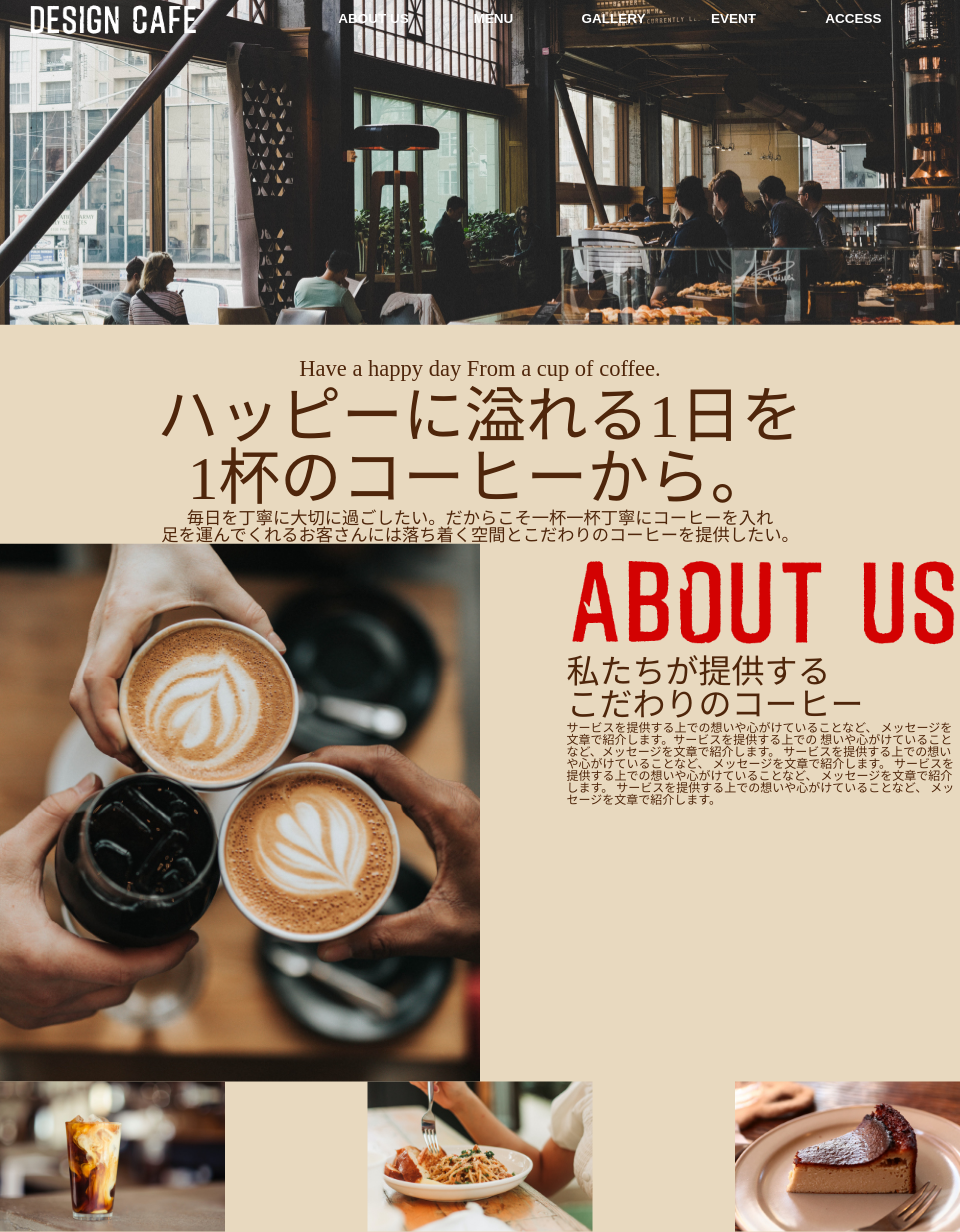
Repository: sonoyama01/dezasuta
Page: 第4回課題/index.html
The author's editor kept a copy of each file at every save. The page is drawn from the files as they stood at one save, then again after the next save.
The browser window is 1280 px wide. The pictures show the whole page, at 75% of full size.

Above is the page before, as saved 2024-05-02 03:25:42.

### 第4回課題/index.html
<!DOCTYPE html>
<html lang="ja">

<head>
    <meta charset="UTF-8">
    <meta name="viewport" content="width=device-width, initial-scale=1.0">
    <title>Desing Cafe</title>
    <link rel="stylesheet" href="./css/style.css">
</head>

<body>
    <!-- ヘッダー -->
    <header>
        <div class="header_slide">
            <div>
                <img src="./images/pc_first-100.jpg" alt="店内の様子">
            </div>
        </div>
        <div class="header_wrap">
            <h1 class="header_logo">
                <img src="./images/design_cafe_logo_header@2x.png" alt="desind cafe">
            </h1>
            <nav class="pc_nav">
                <ul>
                    <li><a href="#about_us">ABOUT US</a></li>
                    <li><a href="#">MENU</a></li>
                    <li><a href="#">GALLERY</a></li>
                    <li><a href="#">EVENT</a></li>
                    <li><a href="#">ACCESS</a></li>
                </ul>
            </nav>
        </div>
    </header>
    <div class="catch_copy">
        <p class="catch_copy_ja"><span class="en">Have a happy day From a cup of coffee.</span><br>
            ハッピーに溢れる1日を<br>
            1杯のコーヒーから。</p><!-- /.catch_copy -->
        <p>毎日を丁寧に大切に過ごしたい。だからこそ一杯一杯丁寧にコーヒーを入れ<br>
            足を運んでくれるお客さんには落ち着く空間とこだわりのコーヒーを提供したい。</p>
    </div><!-- /.catch_copy -->
    <!-- ABOUT US -->
    <section id="about_us_fx">
        <div class="about_us">
            <div class="about_us_im"><img src="./images/pc_about-100.jpg" alt=""></div>
            <div class="about_us_text">
                <img src="./images/about_us@2x.png" alt="">
                <p class="abouot_us_concept">私たちが提供する<br>
                    こだわりのコーヒー</p><!-- /.abouot_us_concept -->
                <p class="about_us_texts">
                    サービスを提供する上での想いや心がけていることなど、
                    メッセージを文章で紹介します。サービスを提供する上での
                    想いや心がけていることなど、メッセージを文章で紹介します。
                    サービスを提供する上での想いや心がけていることなど、
                    メッセージを文章で紹介します。
                    サービスを提供する上での想いや心がけていることなど、
                    メッセージを文章で紹介します。
                    サービスを提供する上での想いや心がけていることなど、
                    メッセージを文章で紹介します。
                </p><!-- /.about_us_text -->
            </div>

        </div><!-- /.about_us -->
    </section><!-- /#about_us -->

    <!-- MENU -->
    <section id="menu_fx">
        <div class="menu">
            <div class="drink">
                <img src="./images/pc_menu_drink-100.jpg" alt="drink">
            </div><!-- /.drink -->
            <div class="food">
                <img src="./images/pc_menu_food-100.jpg" alt="food">
            </div><!-- /.food -->
            <div class="sweets">
                <img src="./images/pc_menu_sweets-100.jpg" alt="sweet">
            </div><!-- /.sweets -->
        </div>
    </section><!-- /#menu_fx -->

</body>

</html>

### 第4回課題/css/style.css
@charset "utf-8";

/* cssリセット */

/*利用するタグによってこちらの内容は増やす*/

html,
body,
h1,
h2,
h3,
p,
dl,
dt,
dd,
ul,
li {
  margin: 0;
  padding: 0;
  line-height: 1;
  /*デフォルトの文字色、font-familyを予め当てておく*/
  color: #4f260b;
  font-family: "游明朝", YuMincho, "Hiragino Mincho ProN W3",
    "ヒラギノ明朝 ProN W3", "Hiragino Mincho ProN", "HG明朝E", "ＭＳ Ｐ明朝",
    "ＭＳ 明朝", serif;
}

a {
  /*下線を消す*/
  text-decoration: none;
  /*色を消す*/
  color: inherit;
  transition: 0.3s;
}

a:hover {
  opacity: 0.5;
}

ul {
  /*左の「・」を消す*/
  list-style: none;
}

img {
  max-width: 100%;
  width: 100%;
  height: auto;
  vertical-align: bottom;
  border: none;
}

body {
  background-color: #e8d9bf;
  font-size: 23px;
}

/* ヘッダー */
.pc_nav ul {
  display: flex;
  gap: 55px;
}

.pc_nav ul li {
  width: 105px;
  text-align: center;
  color: #ffffff;
  font-weight: bold;
  font-size: 18px;
  font-family: "Hiragino Sans W3", "Hiragino Kaku Gothic ProN",
    "ヒラギノ角ゴ ProN W3", "メイリオ", Meiryo, "ＭＳ Ｐゴシック", "MS PGothic",
    sans-serif;
}

.header_logo {
  width: 226px;
}

.header_wrap {
  display: flex;
  justify-content: space-between;
  align-items: center;
  padding: 0 7% 0 3%;
  position: absolute;
  top: 0;
  left: 0;
  width: 100%;
  box-sizing: border-box;
}

/* ============================
* キャッチコピー
* ========================= */
.catch_copy {
  text-align: center;
}
.en {
  font-size: 30px;
}
.catch_copy_ja {
  font-size: 82px;
}

/* ============================
* ABOUT US
* ========================= */
.about_us {
  display: flex;
  justify-content: space-between;
}
.about_us_im {
  width: 50%;
}
.abouot_us_concept {
  font-size: 44px;
}
.about_us_text {
  width: 41%;
}
.about_us_texts {
  font-size: 16px;
}

/* ============================
* MENU
* ========================= */
.menu_im {
  width: 15%;
  margin: 0 auto;
}
.menu {
  display: flex;
  justify-content: space-between;
}

After the next save:
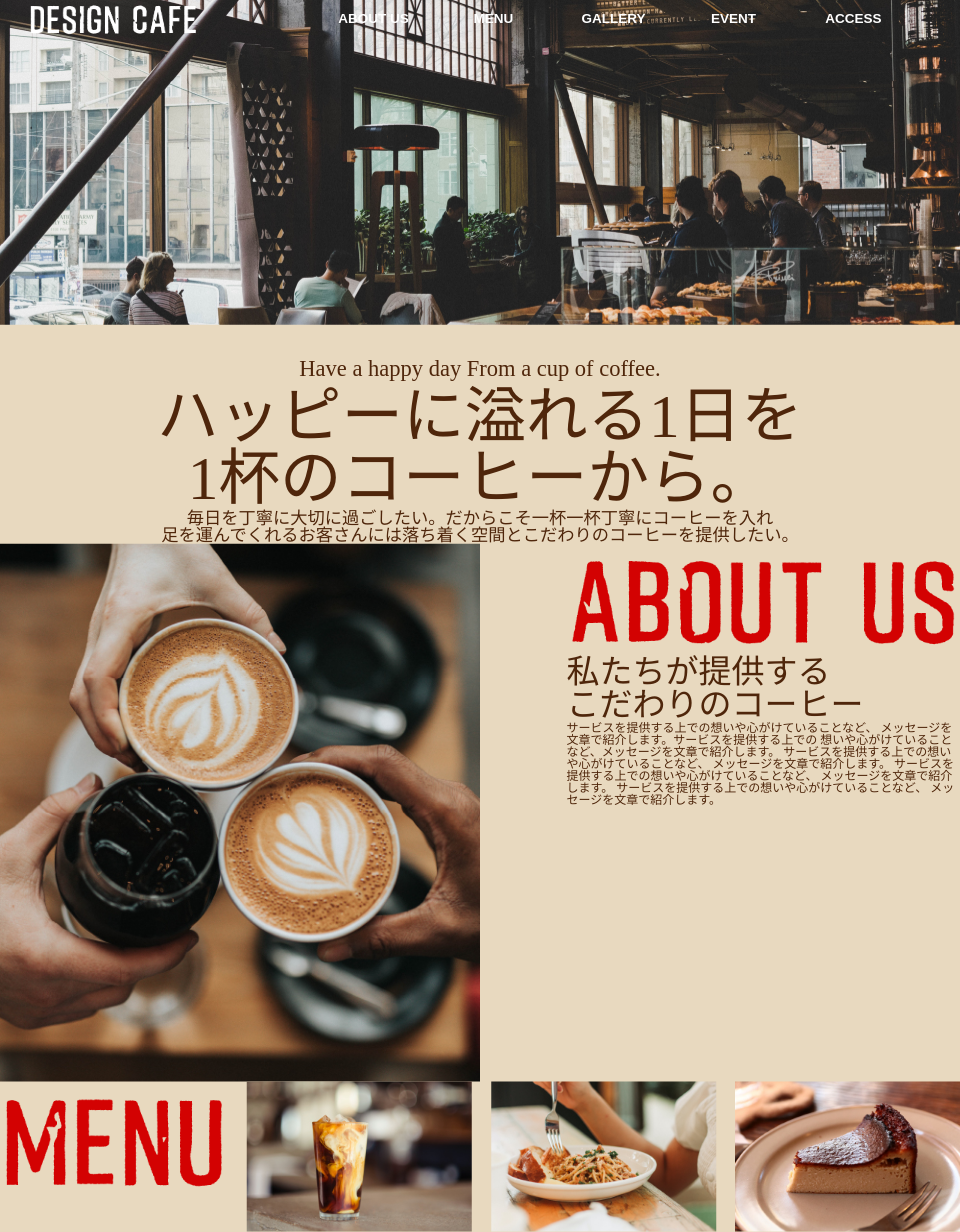
Saved 104 s later.
--- a/第4回課題/index.html
+++ b/第4回課題/index.html
@@ -65,6 +65,7 @@
     <!-- MENU -->
     <section id="menu_fx">
         <div class="menu">
+            <h2><img src="./images/menu@2x.png" alt="menu"></h2>
             <div class="drink">
                 <img src="./images/pc_menu_drink-100.jpg" alt="drink">
             </div><!-- /.drink -->
